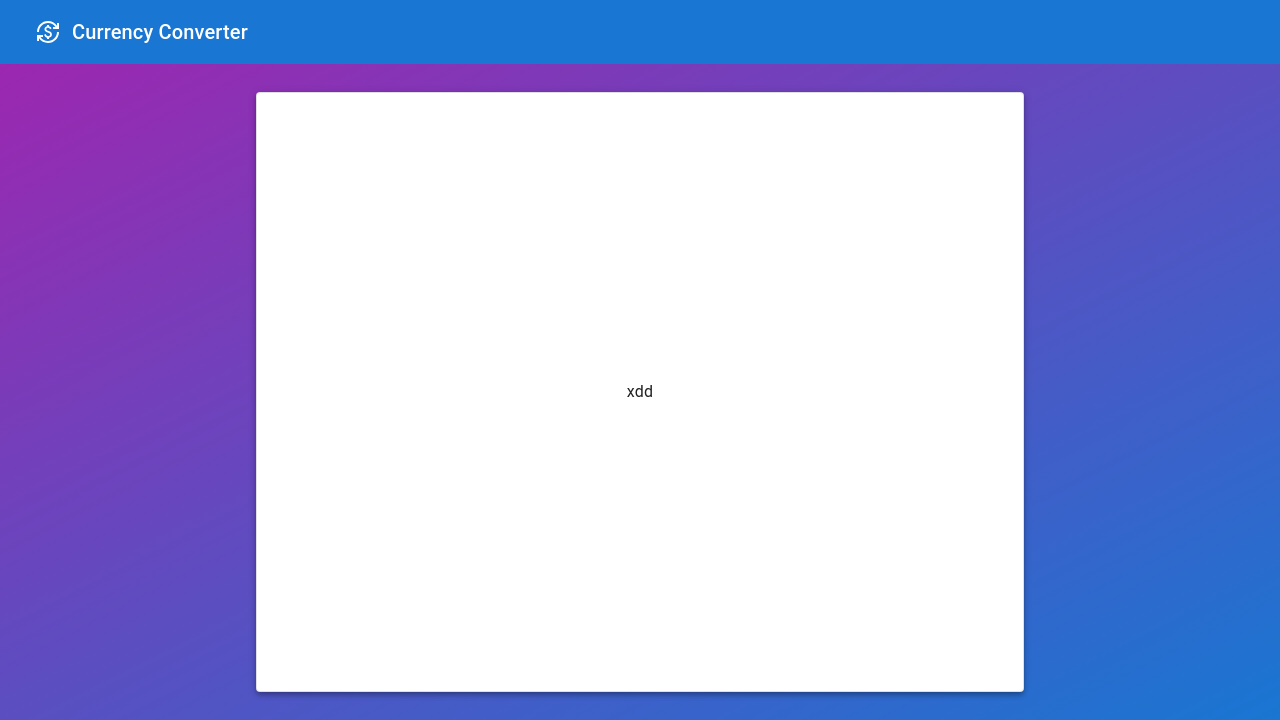
Repository: rutsguifd/currency-converter
Page: /
These files come from the project's save history. The page is drawn as it stood at one moment and after the next save; the edit follows.
The browser window is 1280 px wide. The pictures show the whole page.
The project was rebuilt for these pictures with package versions that can differ from the ones it lists, and the page was loaded fresh each time. Also part of the build but not shown: src/components/ErrorBoundary.jsx.

Above is the page before, as saved 2023-03-27 23:46:00.

### src/index.js
import { CssBaseline } from "@mui/material";
import React from "react";
import ReactDOM from "react-dom/client";
import { Provider } from "react-redux";
import { BrowserRouter } from "react-router-dom";
import App from "./App";
import { setupStore } from "./store";

const store = setupStore();

const root = ReactDOM.createRoot(document.getElementById("root"));
root.render(
  <Provider store={store}>
    <BrowserRouter>
      <CssBaseline>
        <App />
      </CssBaseline>
    </BrowserRouter>
  </Provider>
);

### src/App.js
import AppRouter from "./router/AppRouter";

function App() {
  return (
    <>
      <AppRouter />
    </>
  );
}

export default App;

### src/store/index.js
import { combineReducers, configureStore } from "@reduxjs/toolkit";
import { ConverterAPI } from "./ConverterService";

const rootReducer = combineReducers({
  [ConverterAPI.reducerPath]: ConverterAPI.reducer,
});

export const setupStore = () => {
  return configureStore({
    reducer: rootReducer,
    middleware: (getDefaultMiddleware) =>
      getDefaultMiddleware().concat(ConverterAPI.middleware),
  });
};

### src/router/AppRouter.jsx
import React from "react";
import { Route, Routes } from "react-router-dom";
import ErrorBoundary from "../components/ErrorBoundary";
import HomePage from "../pages/HomePage";

const AppRouter = () => {
  return (
    <Routes>
      <Route path="/" element={<HomePage />} />
      <Route path="/error" element={<ErrorBoundary />} />
    </Routes>
  );
};

export default AppRouter;

### src/store/ConverterService.js
import { createApi, fetchBaseQuery } from "@reduxjs/toolkit/dist/query/react";

const BASE_URL = "https://api.apilayer.com/exchangerates_data/";

const BASE_QUERY = fetchBaseQuery({
  baseUrl: BASE_URL,
  prepareHeaders: (headers) => {
    headers.set("apikey", "3yTPGVUhUYyAGGgNkKb2MySzxmY4qcWi");
    return headers;
  },
});

export const ConverterAPI = createApi({
  reducerPath: "ConverterAPI",
  baseQuery: BASE_QUERY,
  tagTypes: ["ConverterAPI"],
  endpoints: (build) => ({
    getLatestCurrency: build.query({
      query: ({ symbols, base }) => `latest?symbols=${symbols}&base=${base}`,
    }),
  }),
});

### src/pages/HomePage.jsx
import React from "react";
import ConvertContainer from "../components/ConvertContainer";
import MainLayout from "../layout/MainLayout";

const HomePage = () => {
  return (
    <MainLayout>
      <ConvertContainer />
    </MainLayout>
  );
};

export default HomePage;

### src/components/ConvertContainer.jsx
import { Container, Paper, useTheme } from "@mui/material";
import React from "react";
import Convert from "./Convert";

const ConvertContainer = () => {
  const theme = useTheme();

  return (
    <Container
      maxWidth={false}
      disableGutters
      sx={{
        display: "flex",
        justifyContent: "center",
        alignItems: "center",
        minHeight: "calc(100vh - 64px)",
        background: `linear-gradient(to right bottom, ${theme.palette.secondary.main},  ${theme.palette.primary.main})`,
      }}
    >
      <Paper
        variant="outlined"
        sx={{
          p: 4,
          display: "flex",
          flexDirection: "column",
          alignItems: "center",
          justifyContent: "center",
          width: "60vw",
          minWidth: "400px",
          height: "60vh",
          minHeight: "600px",
          gap: 4,
          boxShadow: 4,
        }}
      >
        <Convert />
      </Paper>
    </Container>
  );
};

export default ConvertContainer;

### src/layout/MainLayout.jsx
import React from "react";
import Header from "../components/Header";

const MainLayout = ({ children }) => {
  return (
    <>
      <Header />
      {children}
    </>
  );
};

export default MainLayout;

### src/components/Convert.jsx
import { Box, Paper } from "@mui/material";
import React from "react";

const Convert = () => {
  return <Box>xdd</Box>;
};

export default Convert;

### src/components/Header.jsx
import {
  AppBar,
  Box,
  CircularProgress,
  IconButton,
  Toolbar,
  Typography,
} from "@mui/material";
import CurrencyExchangeIcon from "@mui/icons-material/CurrencyExchange";
import EuroSymbolIcon from "@mui/icons-material/EuroSymbol";
import AttachMoneyIcon from "@mui/icons-material/AttachMoney";
import React from "react";
import { ConverterAPI } from "../store/ConverterService";
import { useNavigate } from "react-router-dom";

const Header = () => {
  const navigate = useNavigate();

  //   const {
  //     data: USDData,
  //     error: USDError,
  //     isLoading: USDLoading,
  //   } = ConverterAPI.useGetLatestCurrencyQuery({
  //     symbols: "UAH",
  //     base: "USD",
  //   });
  //   const {
  //     data: EURData,
  //     error: EURError,
  //     isLoading: EURLoading,
  //   } = ConverterAPI.useGetLatestCurrencyQuery({
  //     symbols: "UAH",
  //     base: "EUR",
  //   });
  //   if (USDError || EURError) {
  //     return navigate("/error");
  //   }
  return (
    <Box sx={{ flexGrow: 1 }}>
      <AppBar position="static">
        <Toolbar>
          <IconButton size="large" color="inherit">
            <CurrencyExchangeIcon />
          </IconButton>
          <Typography variant="h6" component="div" sx={{ flexGrow: 1 }}>
            Currency Converter
          </Typography>
          {/* <Box margin={2} display="flex" flexDirection="row">
            <EuroSymbolIcon />
            {EURLoading ? (
              <CircularProgress />
            ) : (
              <Typography>{EURData.rates.UAH}</Typography>
            )}
          </Box>
          <Box margin={2} display="flex" flexDirection="row">
            <AttachMoneyIcon />
            {USDLoading ? (
              <CircularProgress />
            ) : (
              <Typography>{USDData.rates.UAH}</Typography>
            )}
          </Box> */}
        </Toolbar>
      </AppBar>
    </Box>
  );
};

export default Header;

Loaded but not shown: public/index.html (common file)

After the next save:
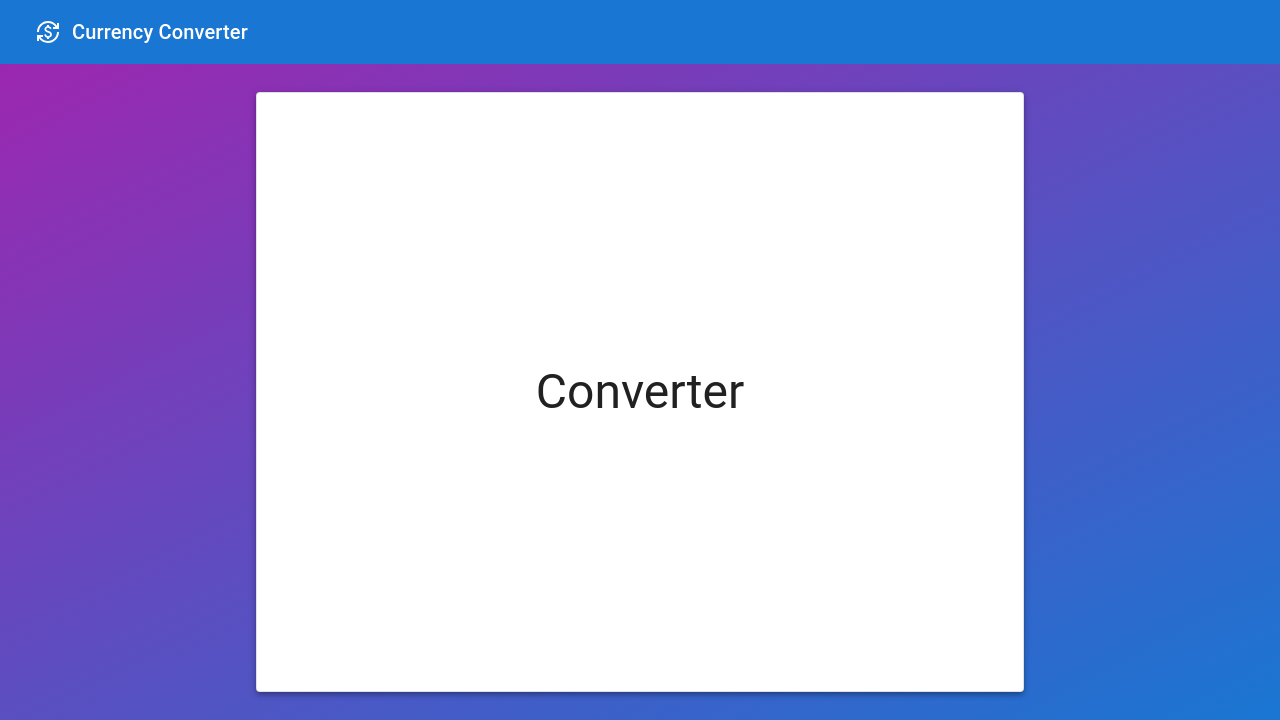
Saved 46 s later.
--- a/src/components/Convert.jsx
+++ b/src/components/Convert.jsx
@@ -1,8 +1,12 @@
-import { Box, Paper } from "@mui/material";
+import { Box, Typography } from "@mui/material";
 import React from "react";
 
 const Convert = () => {
-  return <Box>xdd</Box>;
+  return (
+    <Box>
+      <Typography variant="h3">Converter</Typography>
+    </Box>
+  );
 };
 
 export default Convert;
